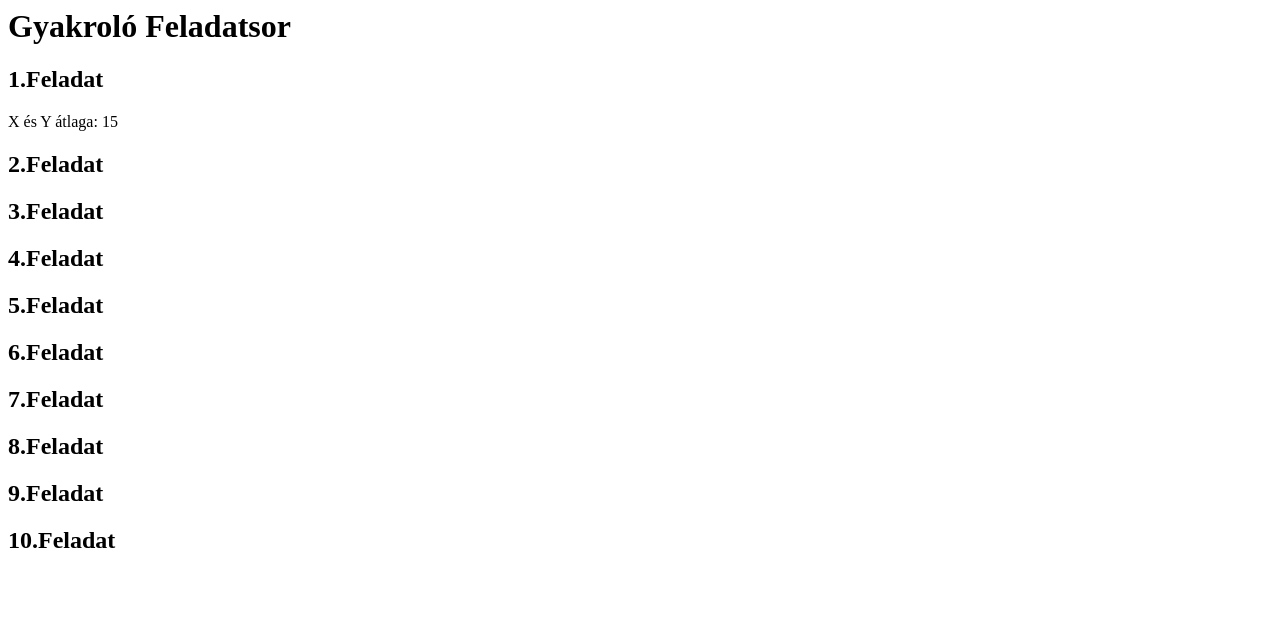
Repository: doomhyena/htdocs
Page: http://localhost/00.Home/02.masodikresz.php
These files come from the project's save history. The page is drawn as it stood at one moment and after the next save; the edit follows.
The browser window is 1280 px wide. The pictures show the whole page.
The page is run by PHP 8.4 with error messages shown; the project is at /var/www/html/.

Above is the page before, as saved 2024-09-17 14:58:36.

After the next save:
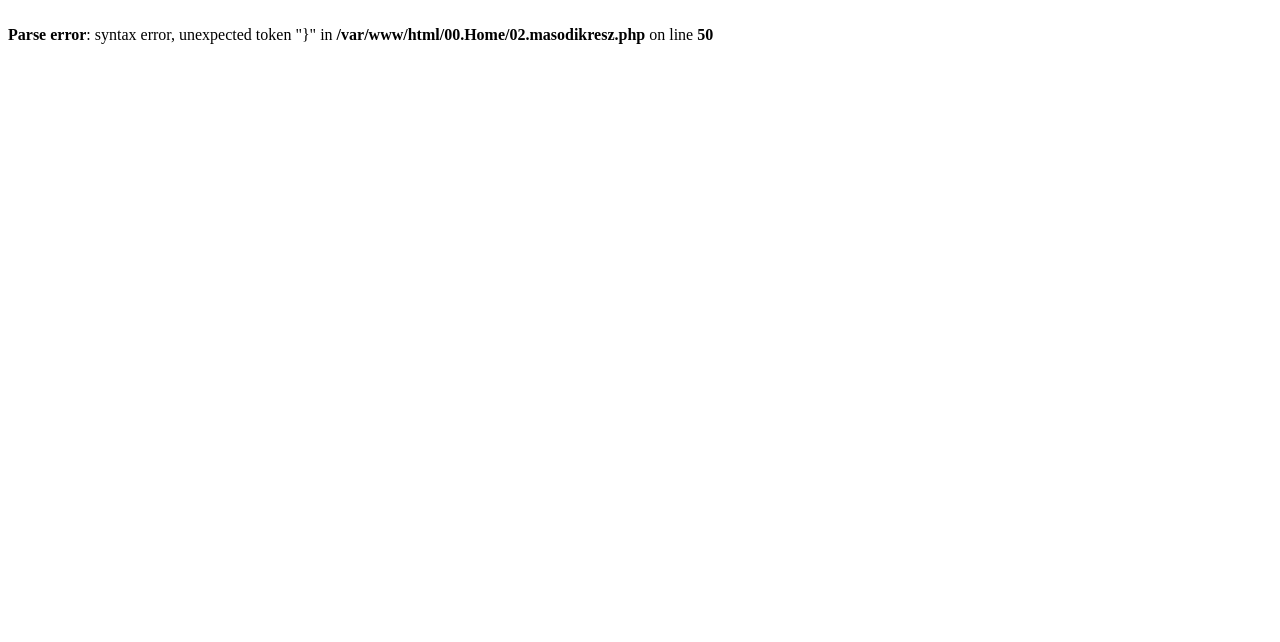
Saved 96 s later.
--- a/00.Home/02.masodikresz.php
+++ b/00.Home/02.masodikresz.php
@@ -45,8 +45,8 @@
 
 echo "<h2> 3.Feladat </h2>";
 
-for ($i = 0; $i < 10; $i++) {
-    // kód
+for ($i = 0; $i < 20; $i++) {
+    if ($i/5)
 }
 
 echo "<h2> 4.Feladat </h2>";

After the save that followed:
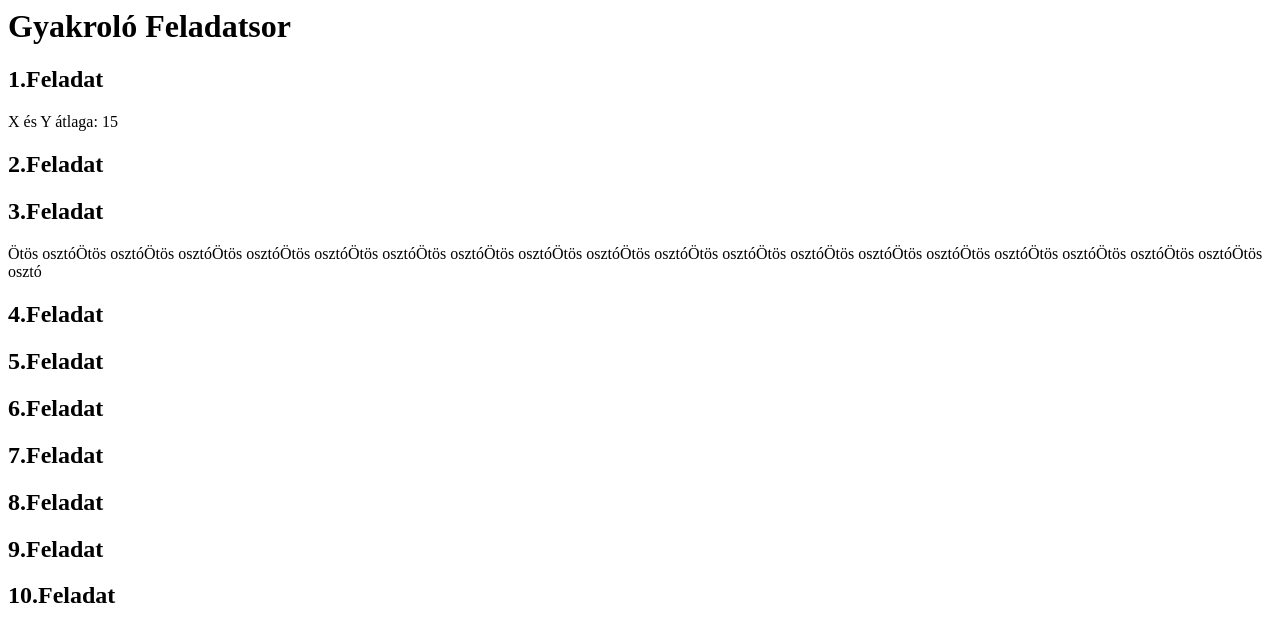
Saved 22 s later.
--- a/00.Home/02.masodikresz.php
+++ b/00.Home/02.masodikresz.php
@@ -46,7 +46,9 @@
 echo "<h2> 3.Feladat </h2>";
 
 for ($i = 0; $i < 20; $i++) {
-    if ($i/5)
+    if ($i/5) {
+        echo "Ötös osztó";
+    }
 }
 
 echo "<h2> 4.Feladat </h2>";
